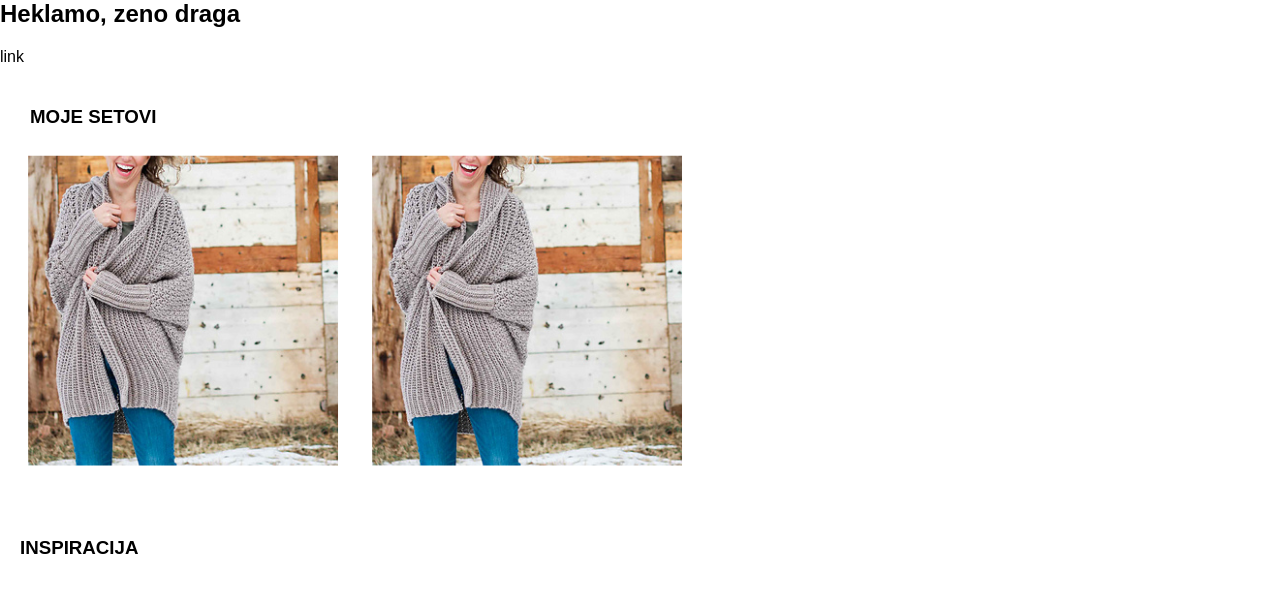
Repository: sdnc/Heklamo
Page: index.html
An editor plug-in stored every save of this project. The page is shown before and after the next save, followed by the edit.
The browser window is 1280 px wide. The pictures show the whole page.

Above is the page before, as saved 2020-12-24 13:06:02.

### index.html
<html>

<head>
  <meta charset="UTF-8" />
  <meta name="viewport" content="width=device-width, initial-scale=1.0" />
  <title>Heklamo</title>
  <link href="https://maxcdn.bootstrapcdn.com/font-awesome/4.7.0/css/font-awesome.min.css" rel="stylesheet">
  <link rel="stylesheet" href="styles.css" />
  <script src="https://unpkg.com/vue@next" defer></script>
  <script src="app.js" defer></script>
</head>

<body>
  <!--1) -->
  <!--2) -->
  <section id="header">
    <h1>Heklamo, zeno draga</h1>
    <nav>link</nav>
  </section>
    <section id="sets">
      <h3>MOJE SETOVI</h3>
    <div class="card">
      <div class="image">
        <img
          src="img/habitatcardigan.jpg" />
      </div>
      <div class="details">
        <div class="center">
          <h1>The Habitat Cardigan<br><span>Difficulty: 2/5</span></h1>
          <p>You will need:</p>
          <button>Let's do it!</button>
        </div>
      </div>
    </div>

    <div class="card">
      <div class="image">
        <img src="img/habitatcardigan.jpg" />
      </div>
      <div class="details">
        <div class="center">
          <h1>The Habitat Cardigan<br><span>Difficulty: 2/5</span></h1>
          <p>You will need:</p>
          <button>Let's do it!</button>
        </div>
      </div>
    </div>
  </section>

  <section id="inspiration">
    <h3>INSPIRACIJA</h3>

  </section>

  <section id="buy">

  </section>
</body>

</html>

### styles.css
body {
  margin: 0;
  padding: 0;
  font-family: sans-serif;
}

h3 {
  margin-left: 20px;
}
#sets {
  margin: 40px 0 30px 10px;
}

.card {
  margin: 5px 15px;
  display: inline-block;
  transform: translate(1%,1%);
  width: 310px;
  height: 350px;
}
.image {
  width: 310px;
  height: 350px;
  overflow: hidden;
}
.card .image img {
  width: 100%;
  transition: .5s;
}
.card:hover .image img {
  opacity: .5;
  transform: translateX(30%);/*100%*/
}
.card .details {
  position: absolute;
  top: 0;
  left: 0;
  width: 70%;/*100%*/
  height: 89%;
  background: #ffc107;
  transition: .5s;
  transform-origin: left;
  transform: perspective(2000px) rotateY(-90deg);
}
.card:hover .details {
  transform: perspective(2000px) rotateY(0deg);
}
.card .details .center {
  padding: 20px;
  text-align: center;
  background: #fff;
  position: absolute;
  top: 50%;
  transform: translateY(-50%);
}
.card .details .center h1 {
  margin: 0;
  padding: 0;
  color: #ff3636;
  line-height: 20px;
  font-size: 20px;
  text-transform: uppercase;
}
.card .details .center h1 span {
  font-size: 14px;
  color: #262626;
}
.card .details .center p {
  margin: 10px 0;
  padding: 0;
  color: #262626;
}

Loaded but not shown: app.js (no copy from this time; the picture is the same without it)

After the next save:
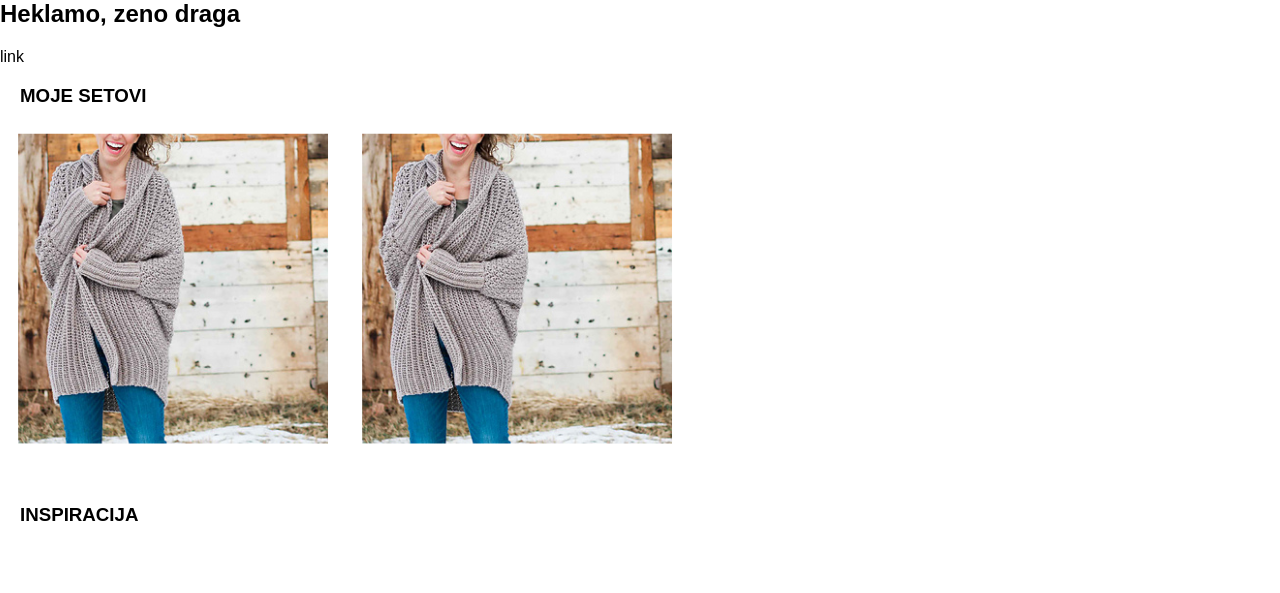
Saved 16 s later.
--- a/styles.css
+++ b/styles.css
@@ -7,7 +7,7 @@ body {
 h3 {
   margin-left: 20px;
 }
-#sets {
+#sets #inspiracija #kupi {
   margin: 40px 0 30px 10px;
 }
 
